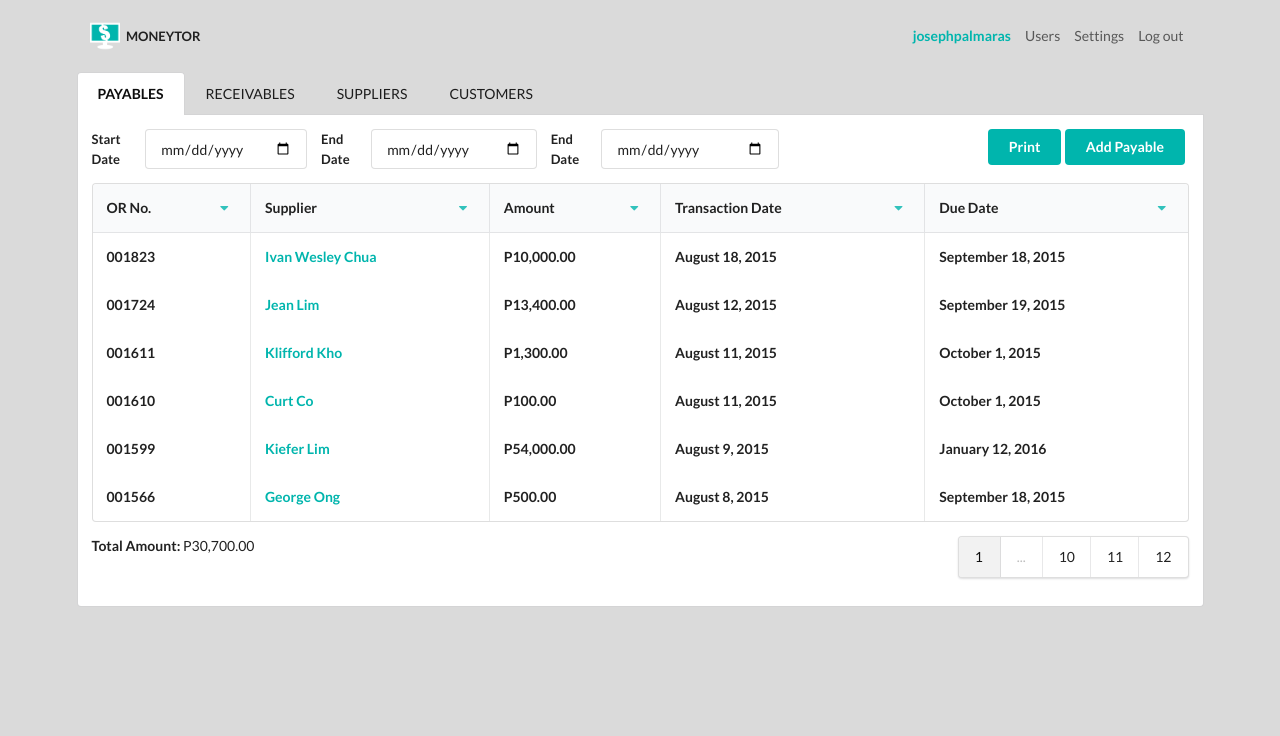
Repository: TV5/MoneyTor
Page: Workspace/MoneyTor/war/main.html
An editor plug-in stored every save of this project. The page is shown before and after the next save, followed by the edit.
The browser window is 1280 px wide. The pictures show the whole page.

Above is the page before, as saved 2015-08-19 14:43:52.

After the next save:
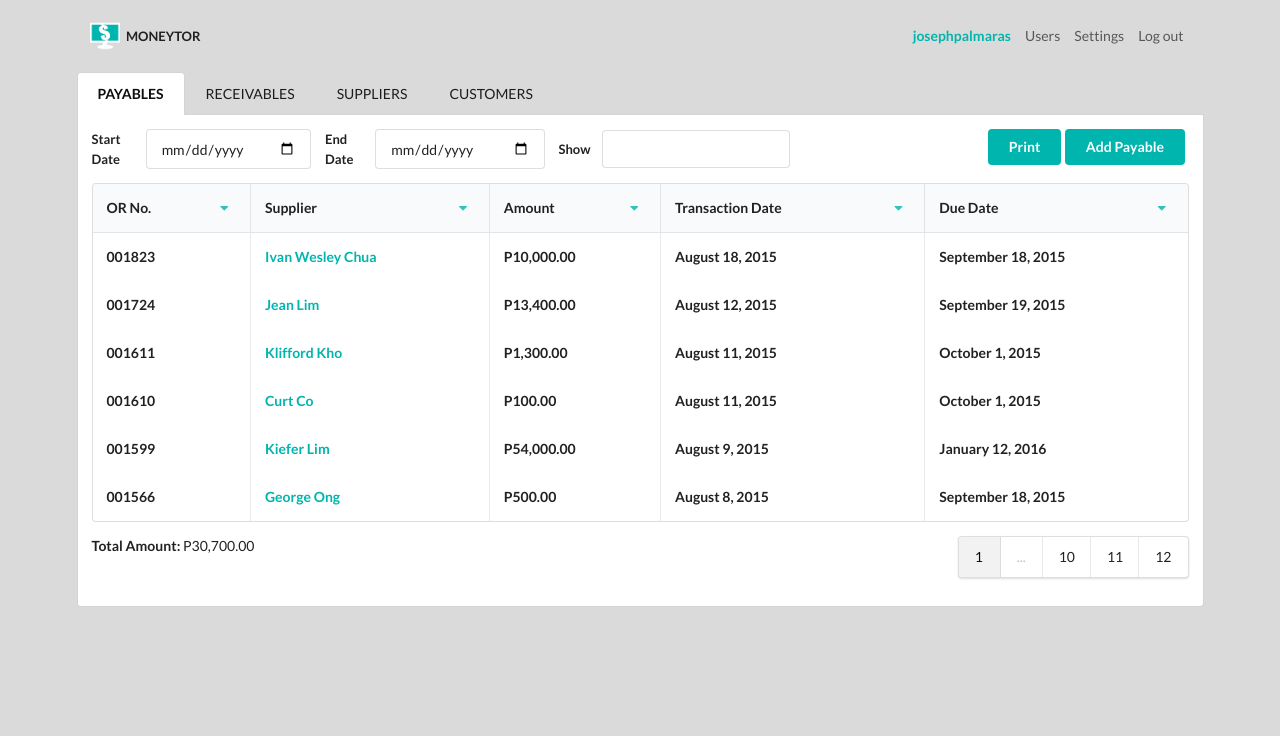
Saved 15 s later.
--- a/Workspace/MoneyTor/war/main.html
+++ b/Workspace/MoneyTor/war/main.html
@@ -117,8 +117,8 @@
 	    </div>
 
 	    <div class="six wide field">
-	      <label>End Date</label>
-	      <input type="date">
+	      <label>Show</label>
+	      <input type="number">
 	    </div>
 	    </div>
 	    <div class="three wide feild" style="float:right">
